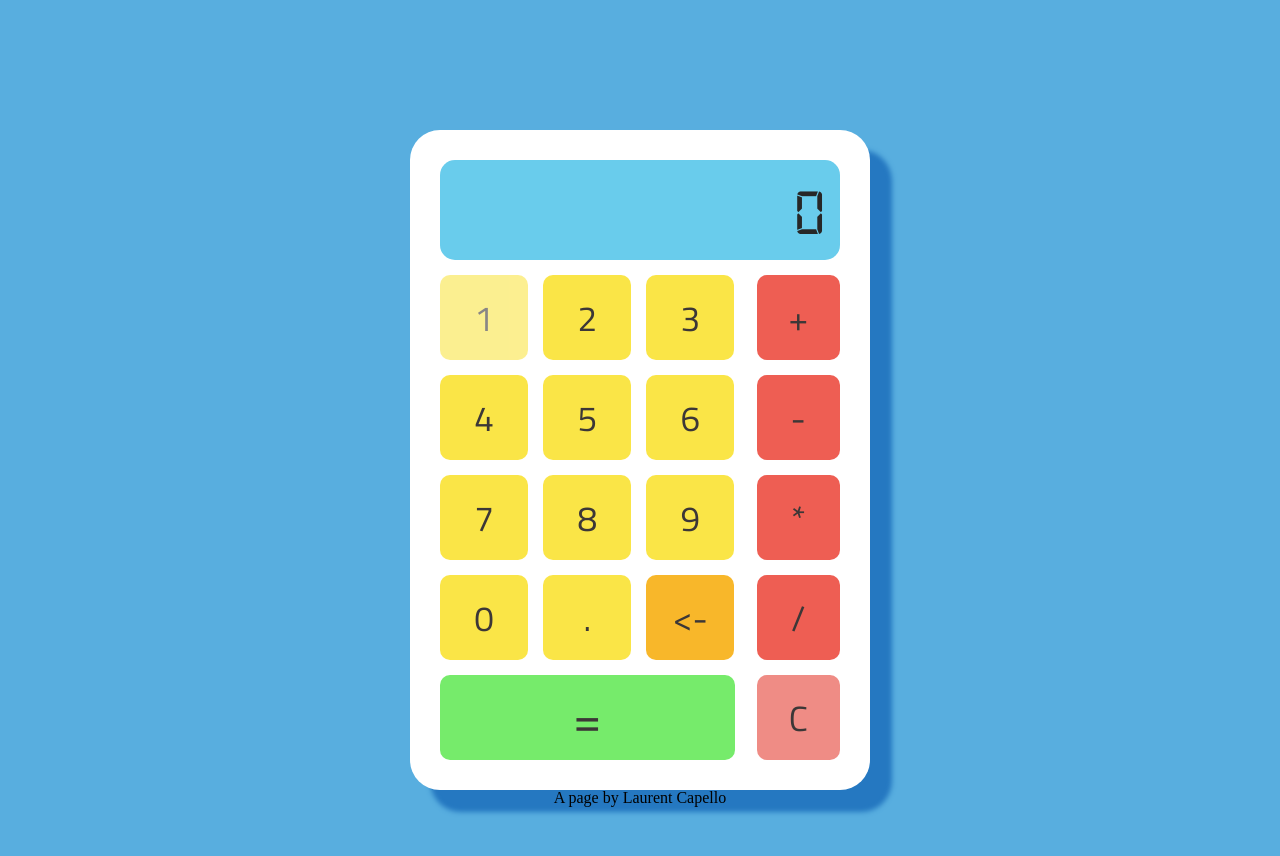
Repository: sokafootball/js-calculator
Page: index.html
An editor plug-in stored every save of this project. The page is shown before and after the next save, followed by the edit.
The browser window is 1280 px wide. The pictures show the whole page.
The pointer rests on the first visible `.button`.

Above is the page before, as saved 2020-05-07 19:17:35.

### index.html
<html>
<head>
  <title>Javascript Calculator - By Laurent Capello</title>
  <link rel="stylesheet" type="text/css" href="reset.css">
  <link rel="stylesheet" type="text/css" href="style.css">
  <!--<link rel="stylesheet" type="text/css" href="wireframe.css">-->
  <link href="https://fonts.googleapis.com/css2?family=Barlow:wght@300&display=swap" rel="stylesheet">
  <link href="https://fonts.googleapis.com/css2?family=Titillium+Web&display=swap" rel="stylesheet">
</head>
<body>
<main id="main">
  <div id="calculator">
    <p id="display">0</p>
    <div id="numpad">
      <button class="button num-button">1</button>
      <button class="button num-button">2</button>
      <button class="button num-button">3</button>
      <button class="button num-button">4</button>
      <button class="button num-button">5</button>
      <button class="button num-button">6</button>
      <button class="button num-button">7</button>
      <button class="button num-button">8</button>
      <button class="button num-button">9</button>
      <button class="button num-button">0</button>
      <button id="decimal-button" class="button">.</button>
      <button id="backspace" class="button"><-</button>
    </div>
    <button id="equal-button" class="button">=</button>
    <div id="operators">
      <button class="button operation-button">+</button>
      <button class="button operation-button">-</button>
      <button class="button operation-button">*</button>
      <button class="button operation-button">/</button>
    </div>
    <button id="clear-button" class="button">C</button>
  </div>
</main>
<footer id="footer">
  <p>A page by <span id="signature">Laurent Capello</span></p>
</footer>
<div id="hidden-element" class="display-full" style="display: none"></div>
<script type="text/javascript" src="script.js"></script>
</body>
</html>

### style.css
@font-face {
  font-family: "calcFont";
  src: url("./fonts/digital-7/digital-7.ttf");
  }

:root {
  --row-gap: 15px;
}

body{
  align-items: center;
  background-color: hsl(202, 68%, 61%);
  display: flex;
  flex-direction: column;
  justify-content: space-between;
}

button{
  color: #3c3737;
  font-family: 'Titillium Web', sans-serif;
  font-size: 35px;
}

.display-full{
  animation-name: display-full;
  animation-duration: 0.3s;
}

#backspace{
  background-color: hsl(41, 94%, 57%);
}

#calculator{
  background-color: white;
  border-radius: 30px;
  box-shadow: 21px 21px 5px 1px hsl(208, 68%, 45%);
  display: grid;
  gap: var(--row-gap) 22px;
  grid-template-areas:
    "display display display display"
    "numpad numpad numpad operators"
    "numpad numpad numpad operators"
    "numpad numpad numpad operators"
    "numpad numpad numpad operators"
    "equal equal equal backspace";
  grid-template-columns: repeat(4, 1fr);
  grid-template-rows: 100px repeat(5, 1fr); /*first row is fixed to stop the border animation from taking space from other rows*/
  height: 600px;
  margin-top: 130px;
  padding: 30px;
  width: 400px;
}

#calculator button{
  border-radius: 10px;
  border-width: 0px;
  outline: none;
}

#calc-top{
  margin-bottom: 40px;
}

#clear-button{
  background-color: hsl(4, 77%, 73%);

}

#display{
  background-color: hsl(195, 78%, 67%);
  border-radius: 15px;
  border-width: 0px;
  color: #272727;
  font-family: 'calcFont', sans-serif;
  font-size: 65px;
  grid-area: display;
  line-height: 90px;
  padding-right: 15px;
  text-align: right;
  vertical-align: middle;
}

#equal-button{
  background-color: hsl(115, 76%, 67%);
  font-size: 50px;
  grid-area: equal;
}

#footer{
  margin-bottom: 50px;
}

#numpad{
  display: grid;
  gap: var(--row-gap);
  grid-area: numpad;
  grid-template-columns: repeat(3, 1fr);
  grid-template-rows: repeat(4, 1fr);
}

.num-button, #decimal-button{
  background-color: hsl(53, 95%, 63%);
}

#operators{
  display: grid;
  gap: var(--row-gap);
  grid-template-rows: repeat(4, 1fr);
  grid-area: operators;
}

#operators button{
  background-color: hsl(4, 82%, 63%);
  flex-grow: 1;
}

.button:hover {
  opacity: 60%;
}

@keyframes display-full{
  0% {border: 1px solid black;}
  50% {
    border: 2px solid red;
    box-shadow: 0px 0px 6px 1px red;
    line-height: 86px;
    padding-right: 13px;
  }
  100% {border: 1px solid black;}
}

### script.js
/*
CODE BY LAURENT CAPELLO
*/

//#region STARTUP
const MAX_DISPLAY_LENGTH = 11
const MAX_DECIMALS = 3
const EXPONENTIAL_NOTATION_DIGITS = MAX_DISPLAY_LENGTH - 4 //4 digits are reserved for the exponential notation and the dot
let display = document.querySelector(`#display`)
let overwriteIsOn = true
let operation = null, operand1 = null, operand2 = null

addFunctionsToBtns()

function addFunctionsToBtns(){
	let numButtons = document.querySelectorAll(`.num-button`)
	numButtons = Array.from(numButtons)
	numButtons.forEach(button => {
		button.addEventListener(`click`, () => pressNumBtn(button.innerText))
	});

	let opButtons = document.querySelectorAll(`.operation-button`)
	opButtons = Array.from(opButtons)
	opButtons.forEach(button => {
		button.addEventListener(`click`, () => pressOperationBtn(button.innerText))
	});

	let equalButton = document.querySelector(`#equal-button`)
	equalButton.addEventListener(`click`, pressEqualBtn)

	let clearButton = document.querySelector(`#clear-button`)
	clearButton.addEventListener(`click`, pressClearBtn)

	let bckSpaceBtn = document.querySelector(`#backspace`)
	bckSpaceBtn.addEventListener(`click`, pressBackspaceBtn)

	let decimalBtn = document.querySelector(`#decimal-button`)
	decimalBtn.addEventListener(`click`, pressDecimalBtn)

	document.onkeydown = (e) => filterKeyPress(e)
}

function filterKeyPress(e){
	console.log(`key pressed`)
	if (e.which <= 105 && e.which >= 96){
		pressNumBtn(Number(e.key))
	} else if (e.which == 106 || e.which == 107 || e.which == 109 || e.which == 111) {
		pressOperationBtn(e.key)
	} else if (e.which == 13){
		pressEqualBtn()
	} else if (e.which == 110){
		pressDecimalBtn()
	} else if (e.which == 8){
		pressBackspaceBtn()
	}
}
//#endregion

//#region SUPPORT FUNCTIONS
function clear(){
	display.innerText = `0`
	operation = null
	operand1 = null
	operand2 = null
	overwriteIsOn = true
}

function displayNumber(num){
	if(num == 0 && display.innerText == `0`) return
  if(overwriteIsOn){
		if(num == `.`){
			display.innerText += num
		}else{
			display.innerText = num
		}
		overwriteIsOn = false
	}else{
		if(display.innerText.length >= MAX_DISPLAY_LENGTH){
			animateDisplay()
			return
		}
		display.innerText += num
	}
}

function displayResult(){
	operand1 = operate(operation, operand1, operand2)
	operand2 = null
	display.innerText = truncateIntegers(operand1)

}

function saveNumber(){
	if(operation == null)
		operand1 =  Number(display.innerText)
	else operand2 =  Number(display.innerText)
}

function saveOperation(operationSign){
	operation = operationSign
	overwriteIsOn = true
}

function truncateDecimals(num){
	if((num % 1).toString().length > MAX_DECIMALS) return Number(num).toFixed(MAX_DECIMALS)
	return num
}

function truncateIntegers(num){
	if(num.toString().length <= MAX_DISPLAY_LENGTH) return num
	return num.toExponential(EXPONENTIAL_NOTATION_DIGITS)
}
//#endregion

//#region BUTTONS FUNCTIONS
function pressBackspaceBtn(){
	if(display.innerText.length == 1){
		display.innerText = `0`
	}else{
		let displayArray = Array.from(display.innerText)
		displayArray.pop()
		display.innerText = displayArray.join(``)
	}
	saveNumber()
}

function pressDecimalBtn(){
	if (display.innerText.includes(`.`)) return
	displayNumber(`.`)
	saveNumber()
}

function pressClearBtn(){
	clear()
}

function pressEqualBtn(){
	if(operand1 != null && operand2 != null){
		displayResult()
		operation = null
		overwriteIsOn = true
		operand2 = null
	}else{
		operation = null
		overwriteIsOn = true
		operand2 = null
		display.innerText = operand1 == null ? `0` : operand1
	}
}

function pressNumBtn(num){
	displayNumber(Number(num))
	saveNumber()
}

function pressOperationBtn(operationSign){
	if (operation == null){
		saveOperation(operationSign)
	}else{
		if(operand1 != null && operand2 != null){
			displayResult()
		}
		saveOperation(operationSign)
	}
}
//#endregion

//#region MATH FUNCTIONS
function operate(operation, a, b){
	let result = null
	switch (operation){
		case `+`:
			operation = add
			break
		case `-`:
			operation = subtract
			break;
		case `*`:
			operation = multiply
			break
		case `/`:
			operation = divide
			break;
		default:
			console.log(`invalid operation`)
			return
	}
	result = Number(operation(a,b))
	result = truncateDecimals(result)
	result = truncateIntegers(result)
  return Number(result)
}

function add (...nums) {
	return nums.reduce((total, num) => {
		return total + num
	}, 0)
}

function subtract (...nums) {
	return nums.reduce((total, num) => {
		return total - num
	})
}

function sum (arr) {
	return add(...arr)
}

function divide (...nums){
	if (nums[1] == 0){
		console.log(`you can't divide by 0!`)
		clear()
		return 0
	}
	return nums.reduce((total, num) => total / num
	)
}

function multiply (...nums) {
	return nums.reduce((total, num) => {
		return total * num
	})
}
//#endregion

//#region DISPLAY ANIMATION FUNCTIONS
function convertDuration(durationString){
	let duration = Number(durationString.replace(`s`, ``))
	return duration * 1000
}

function animateDisplay(){
	let animDurationString = getComputedStyle(document.querySelector(`.display-full`)).animationDuration
	const ANIM_DURATION = convertDuration(animDurationString)
	display.classList.remove(`display-full`)
	display.classList.add(`display-full`)
	setTimeout(() => display.classList.remove(`display-full`), ANIM_DURATION);
}
//#endregion

Loaded but not shown: reset.css (common file)

After the next save:
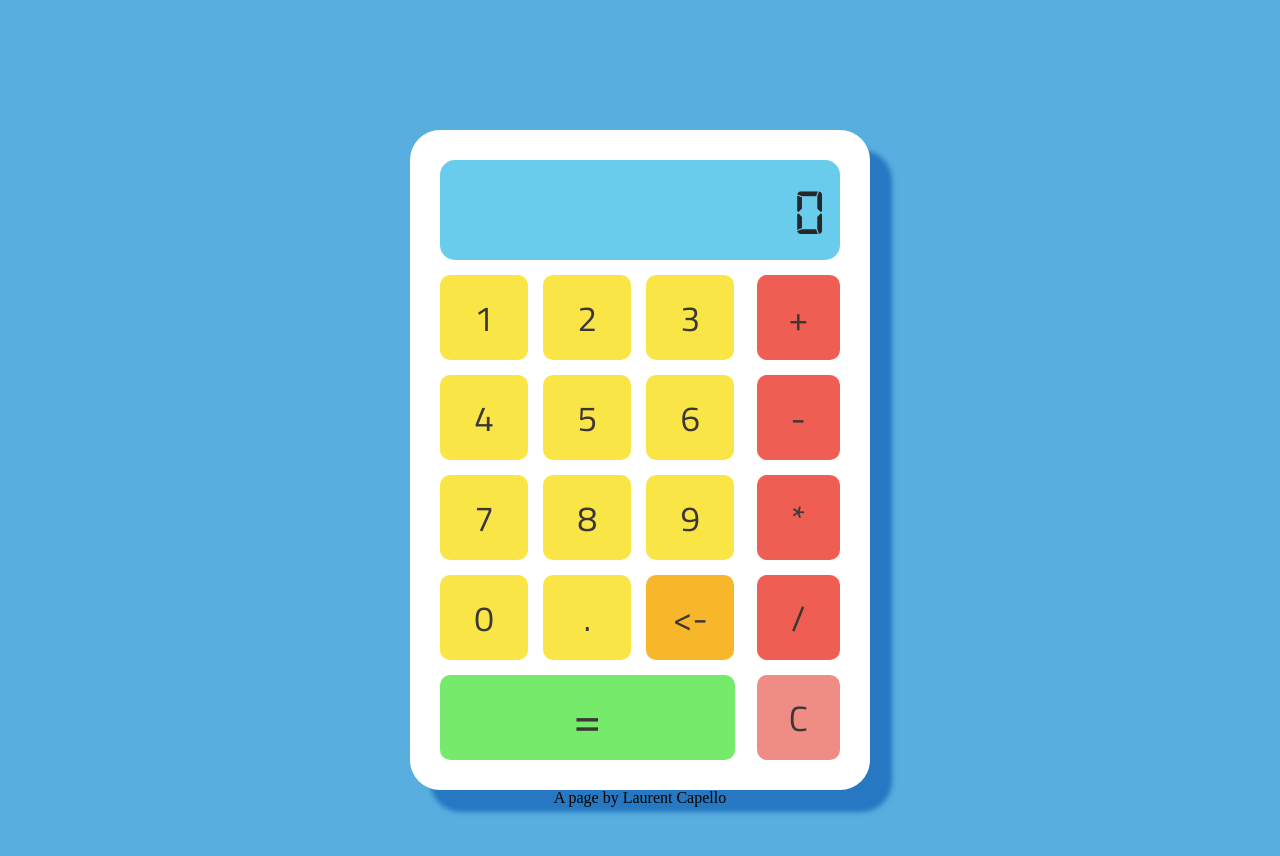
Saved 41 s later.
--- a/style.css
+++ b/style.css
@@ -114,10 +114,6 @@ button{
   flex-grow: 1;
 }
 
-.button:hover {
-  opacity: 60%;
-}
-
 @keyframes display-full{
   0% {border: 1px solid black;}
   50% {
